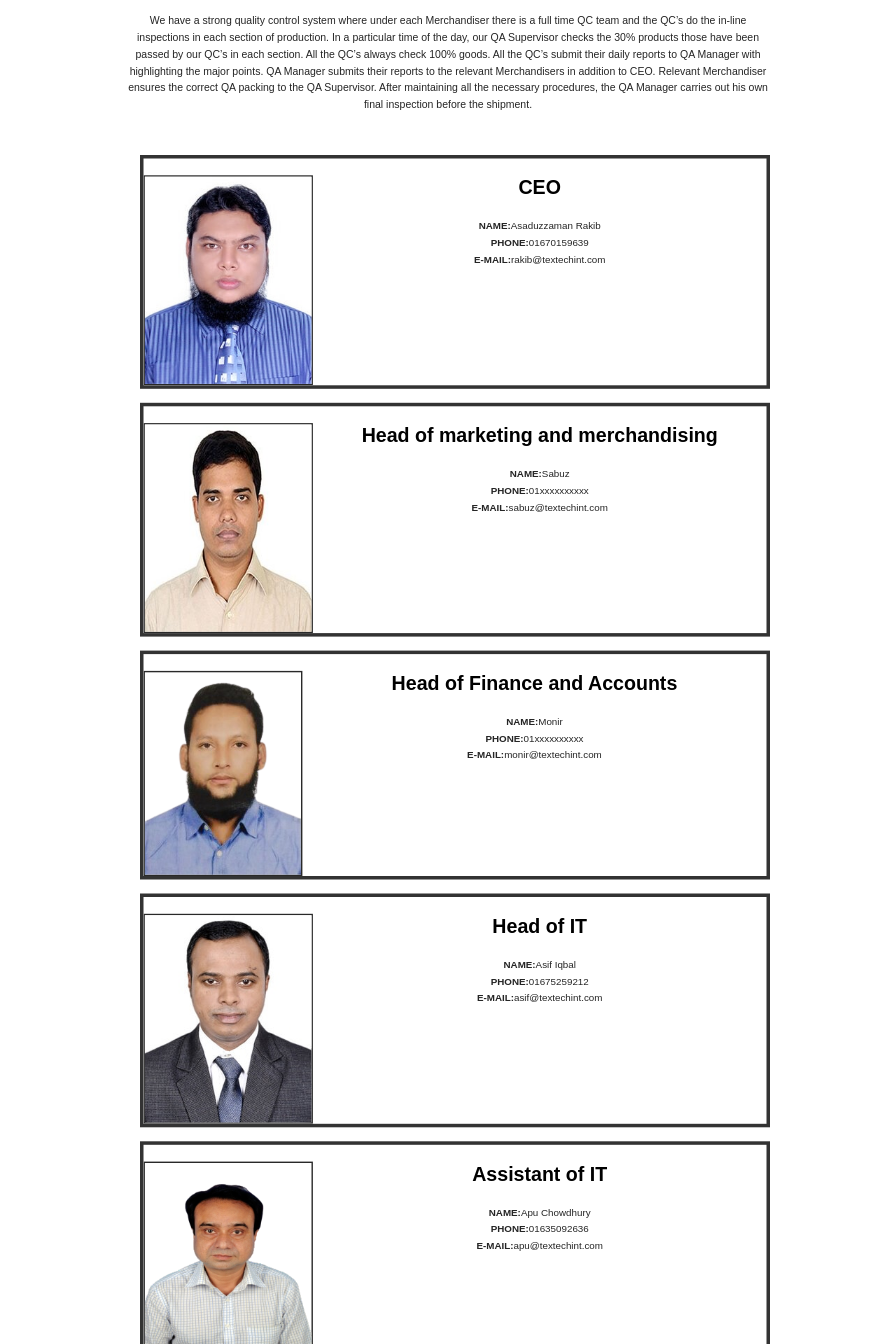
Repository: asifdotpy/textechint
Page: index.html
These files come from the project's save history. The page is drawn as it stood at one moment and after the next save; the edit follows.
The browser window is 1280 px wide. The pictures show the part of the page from y = 1249 to 3169 px (the page is 3379 px tall before and 3359 px after), at 70% of full size.

Above is the page before, as saved 2021-02-23 01:37:27.

### index.html
<!doctype html>
<html>
<head>
	<meta charset="UTF-8">
	<meta name="viewport" content="width=device-width, initial-scale=1.0">
	<title>Tex Tech International</title>
	<link rel="stylesheet" type="text/css" href="css/style.css">
	<link rel="stylesheet" type="text/css" href="css/mobile.css" media="screen and (max-width : 568px)">
	<script type="text/javascript" src="js/mobile.js"></script>
</head>
<body>
	<div id="header">
		<ul id="navigation">
			<li class="selected">
				<a href="index.html">our company</a>
			</li>
			<li>
				<a href="gallery.html">Our Products and services
				</a>
			</li>
			<li>
				<a href="about.html">career opportunity</a>
			</li>
			<li>
				<a href="blog.html">faq</a>
			</li>
			<li>
				<a href="contact.html">contact us</a>
			</li>
		</ul>
	</div>
	<div id="body">
		<div id="featured">
			<img src="images/featured.jpg" alt="">
		</div>
		<div class='intro'>
			<h1>About us</h1>
			<div class="main">
			<p><strong style="color: red;">Tex Tech International</strong> is working as a Buying & Trading house in the field of RMG, Home Textile, Leather Products, Handicraft Items & other Consumers’ Products in Bangladesh. Our major concern is to play our role as a buying house of our customers. One of our primary responsibilities as a buying house is to assure that the product purchased and released for shipment conforms to be customer’s requirements.</p>
			<p>Our goal is to provide our clients with high-quality products that meet their quality expectations.
				<strong style="color: red;">Tex Tech International</strong> employs Quality Assurance staff to assist in the selection of manufacturers who manufacture products according to Standards set by our policy, principles, and guidelines.</p>
			<p><strong style="color: red;">Tex Tech International</strong> is a leading Buyer’s agent / representative and garments exporter in Bangladesh. We have our own sourcing office in China, Italy, Netherlands, Canada & Australia.</p>
			<p>We have 100+ associated factories from where we can assure quality and final products. All the associated factories are fully compliance having certificates of ACCORD, ALLIANCE, BSCI, SEDEX, WRAP, OEKO-TEX, GOTS, OCS, GRS, RCS etc. We have a strong CSR team who follow up on all the different types of compliance requirement which are set by the buyer.</p>
			<p>We have a very strong Merchandising Team who keep contact and support the clients on the daily basis in order to keep a healthy relationship. Our QC teams is ready to ensure product quality as per customer demands. Our QA team inspect the goods on a third-party base and on AQL of customers.</p>
			<p>We have a strong quality control system where under each Merchandiser there is a full time QC team and the QC’s do the in-line inspections in each section of production. In a particular time of the day, our QA Supervisor checks the 30% products those have been passed by our QC’s in each section. All the QC’s always check 100% goods. All the QC’s submit their daily reports to QA Manager with highlighting the major points. QA Manager submits their reports to the relevant Merchandisers in addition to CEO. Relevant Merchandiser ensures the correct QA packing to the QA Supervisor. After maintaining all the necessary procedures, the QA Manager carries out his own final inspection before the shipment.</p>
			</p>
			</div>

		</div>

		<div class='heroes'>
		<ul>
			<div class="post-container">
				<div class="post-thumb"><img src="images/rakib.jpg" /></div>
				<div class="post-content">
					<h3 class="post-title">CEO</h3>
					<p><b>NAME:</b>Asaduzzaman Rakib</p>
					<p><b>PHONE:</b>01670159639</p>
					<p><b>E-MAIL:</b>rakib@textechint.com</p>
			   </div>
			</div>
			<div class="post-container">
				<div class="post-thumb"><img src="images/sabuz.jpg" /></div>
				<div class="post-content">
					<h3 class="post-title">Head of marketing and merchandising</h3>
					<p><b>NAME:</b>Sabuz</p>
					<p><b>PHONE:</b>01xxxxxxxxxx</p>
					<p><b>E-MAIL:</b>sabuz@textechint.com</p>
			   </div>
			</div>
			<div class="post-container">
				<div class="post-thumb"><img src="images/monir.jpg" /></div>
				<div class="post-content">
					<h3 class="post-title">Head of Finance and Accounts</h3>
					<p><b>NAME:</b>Monir</p>
					<p><b>PHONE:</b>01xxxxxxxxxx</p>
					<p><b>E-MAIL:</b>monir@textechint.com</p>
			   </div>
			</div>
			<div class="post-container">
				<div class="post-thumb"><img src="images/asif.jpg" /></div>
				<div class="post-content">
					<h3 class="post-title">Head of IT</h3>
					<p><b>NAME:</b>Asif Iqbal</p>
					<p><b>PHONE:</b>01675259212</p>
					<p><b>E-MAIL:</b>asif@textechint.com</p>
			   </div>
			</div>
			<div class="post-container">
				<div class="post-thumb"><img src="images/apu.jpg" /></div>
				<div class="post-content">
					<h3 class="post-title">Assistant of IT</h3>
					<p><b>NAME:</b>Apu Chowdhury</p>
					<p><b>PHONE:</b>01635092636</p>
					<p><b>E-MAIL:</b>apu@textechint.com</p>
			   </div>
			</div>
		</ul>
		</div>
	</div>
	<div id="footer">
		<div>
			<p>&copy; Created by Asif and Apu. All rights reserved.</p>
			<ul>
				<li>
					<a href="http://freewebsitetemplates.com/go/twitter/" id="linkedin">linkedin</a>
				</li>
				<li>
					<a href="https://www.facebook.com/textechint" target="_blank" id="facebook">facebook</a>
			</ul>
		</div>
	</div>
</body>
</html>

### css/style.css
@font-face {
	font-family: 'poller_oneregular';
	src: url('../fonts/pollerone/pollerone-webfont.eot');
	src: url('../fonts/pollerone/pollerone-webfont.eot?#iefix') format('embedded-opentype'),
		 url('../fonts/pollerone/pollerone-webfont.woff') format('woff'),
		 url('../fonts/pollerone/pollerone-webfont.ttf') format('truetype'),
		 url('../fonts/pollerone/pollerone-webfont.svg#poller_oneregular') format('svg');
}
@font-face {
	font-family: 'leckerli_oneregular';
	src: url('../fonts/leckerlione/leckerlione-regular-webfont.eot');
	src: url('../fonts/leckerlione/leckerlione-regular-webfont.eot?#iefix') format('embedded-opentype'),
		 url('../fonts/leckerlione/leckerlione-regular-webfont.woff') format('woff'),
		 url('../fonts/leckerlione/leckerlione-regular-webfont.ttf') format('truetype'),
		 url('../fonts/leckerlione/leckerlione-regular-webfont.svg#leckerli_oneregular') format('svg');
}

body {
	background: #fff;
	font-family: Arial, Helvetica, sans-serif;
	font-size: 14px;
	font-weight: normal;
	line-height: 1;
	margin: 0;
	min-width: 960px;
	padding: 0;
}
p {
	color: #252525;
	line-height: 24px;
	margin: 0;
	padding: 0;
}
p a {
	color: #252525;
	text-decoration: underline;
}
p a:hover {
	color: #898989;
}
#header {
	margin: 0 auto;
	padding: 4px 0 50px;
	text-align: center;
	width: 960px;
}
#header a.logo {
	display: block;
	margin: 0 auto;
	padding: 0;
	width: 340px;
}
#header a.logo img {
	border: 0;
	display: block;
	margin: 0;
	padding: 0;
}
#header ul {
	margin: 0;
	padding: 25px 0 0;
}
#header ul li {
	display: inline;
	list-style: none;
	margin: 0;
	padding: 0 19px;
}
#header ul li a {
	color: #252525;
	display: inline-block;
	font-family: "Arial Black", Gadget, sans-serif;
	font-size: 14px;
	font-weight: normal;
	margin: 0;
	padding: 0 0 3px;
	text-decoration: none;
	text-transform: uppercase;
}
#header ul li a:hover, #header ul li.selected a {
	color: #0ba39c;
}
#body {
	margin: 0;
	padding: 0 0 30px;
	text-align: center;
}
#body h1 {
	color: #fff;
	display: inline;
	font-family: poller_oneregular;
	font-size: 35px;
	font-weight: normal;
	margin: 0;
	padding: 0;
	text-transform: uppercase;
}
#body h1 span {
	background: #252525;
	display: inline-block;
	padding: 15px 28px 12px;
}
#body > div {
	margin: 0 auto;
	padding: 0;
	width: 960px;
}
#body > div img {
	border: 2px solid #292929;
	margin: 24px 0 0;
	padding: 0;
}
#body > div .article {
	margin: 0 auto;
	padding: 30px 30px 0;
	width: 560px;
}
#body > div .article h2 {
	font-family: "Arial Black", Gadget, sans-serif;
	font-size: 25px;
	font-weight: normal;
	margin: 0 0 30px;
}
#body > div .article h3 {
	color: #252525;
	line-height: 24px;
	margin: 0;
	padding: 0;
}
#body > div .article h4 {
	background: #252525;
	color: #fff;
	display: inline-block;
	font-family: "Arial Black", Gadget, sans-serif;
	font-size: 25px;
	font-weight: normal;
	margin: 0 0 30px;
	padding: 8px 27px 10px;
}
#body > div .article p {
	margin: 0 0 30px;
}
#body div div ul {
	margin: 0;
	padding: 24px 10px 0;
	width: 940px;
	list-style-type: none;
}
#body div div ul li {
	border: 2px solid #1a1a1a;
	display: block;
	list-style: none;
	margin: 0 0 13px;
	overflow: hidden;
	padding: 0;
}
#body div ul li .figure {
	border-right: 2px solid #1a1a1a;
	float: left;
	margin: 0;
	padding: 0;
	width: 376px;
}
#body div ul li img {
	border: 0;
	display: block;
	margin: 0;
	padding: 0;
	opacity: 0.8;
	transition: 0.5s ease-in-out;
}
#body div ul li .figure:hover img {
	opacity: 1;
}
#body div ul li div {
	float: left;
	margin: 0;
	padding: 63px 0 20px;
	width: 558px;
}
#body div ul li div h3 {
	color: #252525;
	font-family: "Arial Black", Gadget, sans-serif;
	font-size: 25px;
	font-weight: normal;
	margin: 0;
	padding: 0;
	text-transform: uppercase;
}
#body div ul li div p {
	padding: 30px 30px 18px;
}
#body div ul li div a.more {
	background: #000;
	color: #fff;
	display: inline-block;
	font-family: "Arial Black", Gadget, sans-serif;
	font-size: 18px;
	font-weight: normal;
	margin: 0;
	padding: 8px 28px;
	text-decoration: none;
	text-transform: uppercase;
}
#body div ul li div a.more:hover {
	color: #252525;
	background: #fff;
	border: 2px solid #252525;
}
#body #featured {
	margin: 0 0 13px;
	padding: 0;
	position: relative;
	width: 100%;
}
#body #featured img {
	border: 0;
	display: block;
	margin: 0;
	padding: 0;
	width: 100%;
	height: auto;
}
#body #featured div {
	left: 50%;
	margin-left: -480px;
	margin-top: -171px;
	padding: 0 0 0 470px;
	position: absolute;
	top: 50%;
	text-align: left;
	width: 490px;
}
#body #featured div h2 {
	background: #fff;
	color: #000;
	display: inline-block;
	font-family: poller_oneregular;
	font-size: 20px;
	font-weight: normal;
	margin: 0 0 18px;
	padding: 23px 27px 20px;
	text-transform: uppercase;
}
#body #featured div span {
	background: #252525;
	color: #fff;
	display: inline-block;
	font-size: 20px;
	margin: 7px 0;
	padding: 12px 27px;
}
#body #featured div a {
	background: #0ba39c;
	color: #fff;
	display: inline-block;
	font-size: 16px;
	margin: 15px 0 0;
	padding: 26px 27px 22px;
	text-align: center;
	text-decoration: none;
	text-transform: uppercase;
}
#body #featured div a:hover {
	background: #1fc3bc;
}
#body > ul {
	margin: 0 auto;
	overflow: hidden;
	padding: 24px 0 0;
	width: 960px;
}
#body > ul li {
	display: block;
	float: left;
	margin: 0 10px 20px;
	padding: 0;
	width: 300px;
}
#body > ul li a {
	color: #000;
	display: block;
	font-family: poller_oneregular;
	font-size: 20px;
	font-weight: normal;
	margin: 0;
	padding: 0;
	text-align: center;
	text-decoration: none;
	text-transform: uppercase;
}
#body > ul li a img {
	border: 2px solid #1a1a1a;
	display: block;
	margin: 0;
	padding: 0;
	opacity: .8;
	transition: 0.5s ease-in-out;
}
#body > ul li a:hover img {
	opacity: 1;
}
#body > ul li a span {
	display: block;
	margin: 0;
	padding: 33px 0 0;
}
#body form {
	margin: 0 auto;
	padding: 24px 0 0;
	width: 620px;
}
#body form input, #body form textarea {
	border: 2px solid #252525;
	color: #252525;
	font-family: Arial, Helvetica, sans-serif;
	font-size: 15px;
	font-weight: normal;
	margin: 0 0 37px;
	padding: 20px 10px;
	text-align: center;
	text-transform: uppercase;
	width: 596px;
}
#body form textarea {
	height: 175px;
	overflow: auto;
	resize: none;
}
#body form #send {
	background: #252525;
	color: #fff;
	font-family: "Arial Black", Gadget, sans-serif;
	font-size: 15px;
	font-weight: normal;
	display: inline-block;
	padding: 20px 28px;
	width: auto;
}
#body form #send:hover {
	background: #fff;
	color: #252525;
	cursor: pointer;
}
#footer {
	background: #252525;
	margin: 0;
	padding: 36px 0 42px;
}
#footer div {
	margin: 0 auto;
	overflow: hidden;
	padding: 0;
	width: 960px;
}
#footer div p {
	color: #fff;
	float: left;
	line-height: 44px;
	margin: 0 0 0 10px;
	padding: 0;
}
#footer div ul {
	display: block;
	float: right;
	margin: 0;
	overflow: hidden;
	padding: 0;
	width: 256px;
}
#footer div ul li {
	display: block;
	float: left;
	list-style: none;
	margin: 0 10px;
	padding: 0;
	width: 44px;
}
#footer div ul li a {
	background: url(../images/icons.jpg) no-repeat 0 0;
	display: block;
	height: 44px;
	margin: 0;
	padding: 0;
	text-indent: -99999px;
	width: 44px;
}
#footer div ul li #linkedin {
	background-position: 0 0;
}
#footer div ul li #linkedin:hover {
	background-position: -44px 0;
}
#footer div ul li #facebook {
	background-position: 0 -44px;
}
#footer div ul li #facebook:hover {
	background-position: -44px -44px;
}

div .intro h1 {
	margin: 0px 50px;
	padding: 0px 50px;
	background-color: #0ba39c;
	text-decoration: #1a1a1a;
}

div .intro p {
	margin: 10px;
	padding: 10px;
}

div .main {
	font-size: 15px;
}



.post-container {
    margin: 20px 20px 0 0;
    border: 5px solid #333;
    overflow: auto
}
.post-thumb {
    float: left;
	border: 0 auto;
}
.post-thumb img {
    display: block;
	border: 0 auto;
}
.post-content {
    margin-left: 210px
}
.post-title {
    font-weight: bold;
    font-size: 200%
}

### js/mobile.js
window.onload = function(){
	var getNavi = document.getElementById('navigation');

	var mobile = document.createElement("span");
	mobile.setAttribute("id","mobile-navigation");
	getNavi.parentNode.insertBefore(mobile,getNavi);

	document.getElementById('mobile-navigation').onclick = function(){
		var a = getNavi.getAttribute('style');
		if(a){
			getNavi.removeAttribute('style');
			document.getElementById('mobile-navigation').style.backgroundImage='url(images/mobile-menu.png)';
		} else {
			getNavi.style.display='block';
			document.getElementById('mobile-navigation').style.backgroundImage='url(images/mobile-close.png)';
		}
	};
	var getElm = getNavi.getElementsByTagName("LI");
	for(var i=0;i<getElm.length;i++){
		if(getElm[i].children.length>1){
			var smenu = document.createElement("span");
			smenu.setAttribute("class","mobile-submenu");
			smenu.setAttribute("OnClick","submenu("+i+")");
			getElm[i].appendChild(smenu);
		};
	};
	submenu = function (i){
		var sub = getElm[i].children[1];
		var b = sub.getAttribute('style');
		if(b){
			sub.removeAttribute('style');
			getElm[i].lastChild.style.backgroundImage='url(images/mobile-expand.png)';
			getElm[i].lastChild.style.backgroundColor='rgba(11, 163, 156, 0.7)';
		} else {
			sub.style.display='block';
			getElm[i].lastChild.style.backgroundImage='url(images/mobile-collapse.png)';
			getElm[i].lastChild.style.backgroundColor='rgba(0,0,0,0.8)';
		}
	};
};

### css/mobile.css
body {
	min-width: 0;
}
#header {
	padding: 20px 0;
	position: relative;
	width: 100%;
}
#header a.logo {
	width: 80%;
}
#header a.logo img {
	width: 100%;
}
#mobile-navigation {
	background: url(../images/mobile-menu.png) no-repeat 0 0;
	display: block;
	height: 50px;
	margin: 30px auto 0;
	padding: 0;
	width: 50px;
}
#header ul {
	border: 1px solid #fff;
	display: none;
	left: 50%;
	margin-left: -45%;
	padding: 0;
	position: absolute;
	width: 90%;
	z-index: 1001;
}
#header ul li {
	border-top: 1px solid #fff;
	display: block;
	margin: 0;
	padding: 0;
	position: relative;
}
#header > ul > li:first-child {
	border: 0;
}
#header ul li a {
	background: rgba(11, 163, 156, 0.9);
	color: #fff;
	display: block;
	font-family: Arial, Helvetica, sans-serif;
	font-size: 16px;
	font-weight: normal;
	height: 49px;
	line-height: 49px;
	padding: 0 15px;
	text-align: left;
}
#header ul li a:hover, #header ul li.selected a {
	background: rgba(0, 0, 0, 0.9);
	color: #fff;
}
#header ul ul {
	display: none;
	border: 0;
	height: auto;
	left: 0;
	margin: 0;
	position: relative;
	width: 100%;
}
#header ul ul li a {
	text-indent: 15px;
}
#header ul li span {
	background: rgba(11, 163, 156, 0.9) url(../images/mobile-expand.png) no-repeat 0 0;
	border-left: 1px solid #fff;
	display: block;
	height: 49px;
	position: absolute;
	right: 0;
	top: 0;
	width: 50px;
}
#body {
	width: 100%;
}
#body h1 {
	display: block;
	font-size: 20px;
	margin: 0 auto;
	width: 90%;
}
#body h1 span {
	display: block;
	padding: 3%;
	width: 94%;
}
#body > div {
	padding: 0 5%;
	width: 90%;
}
#body > div img {
	margin: 24px 0 30px;
	width: 98%
}
#body > div .article {
	padding: 0;
	width: 100%;
}
#body > div .article h2, #body > div .article h4 {
	font-size: 18px;
	font-weight: bold;
}
#body #featured {
	overflow: hidden;
	margin: 0 0 20px
}
#body #featured img {
	min-width: 960px;
}
#body #featured div {
	left: 0;
	margin: 0;
	padding: 0 2%;
	position: absolute;
	top: 0;
	text-align: left;
	width: 96%;
}
#body #featured div h2 {
	font-size: 14px;
	font-weight: normal;
	margin: 50px 0 10px;
	padding: 8px 5px;
}
#body #featured div span {
	display: block;
	font-size: 14px;
	margin: 10px 0;
	padding: 10px;
}
#body #featured div a {
	font-size: 14px;
	margin: 5px 0 0;
	padding: 10px;
}
#body > ul {
	overflow: visible;
	padding: 0 5%;
	width: 90%;
}
#body ul.gallery {
	padding: 5% 0;
	overflow: hidden;
	width: 100%;
}
#body > ul li {
	float: none;
	margin: 0;
	width: 100%;
}
#body ul.gallery li {
	float: left;
	margin: 0 0 5% 5%;
	width: 42%;
}
#body > ul li a img {
	width: 98%;
}
#body > ul li a span {
	padding: 15px 0;
}
#body div ul {
	margin: 0;
	padding: 20px 0 0;
	width: 100%;
}
#body div ul li {
	overflow: visible;
	padding: 0 0 20px;
	width: 99%;
}
#body div ul li .figure {
	border: 0;
	display: block;
	float: none;
	margin: 0 0 20px;
	width: 100%;
}
#body div ul li .figure img {
	width: 100%;
}
#body div ul li div {
	float: none;
	padding: 0;
	width: 100%;
}
#body div ul li div a.more:hover {
	height: 14px;
	line-height: 14px;
}
#body form {
	width: 100%;
}
#body form input, #body form textarea {
	margin: 0 0 20px;
	padding: 10px;
	width: 84%;
}
#body form #send {
	padding: 10px;
}
#footer {
	padding: 10px 0 25px;
}
#footer div {
	overflow: visible;
	width: 100%;
}
#footer div p {
	float: none;
	margin: 0;
	text-align: center;
}
#footer div ul {
	float: none;
	margin: 0 auto;
	width: 256px;
}

After the next save:
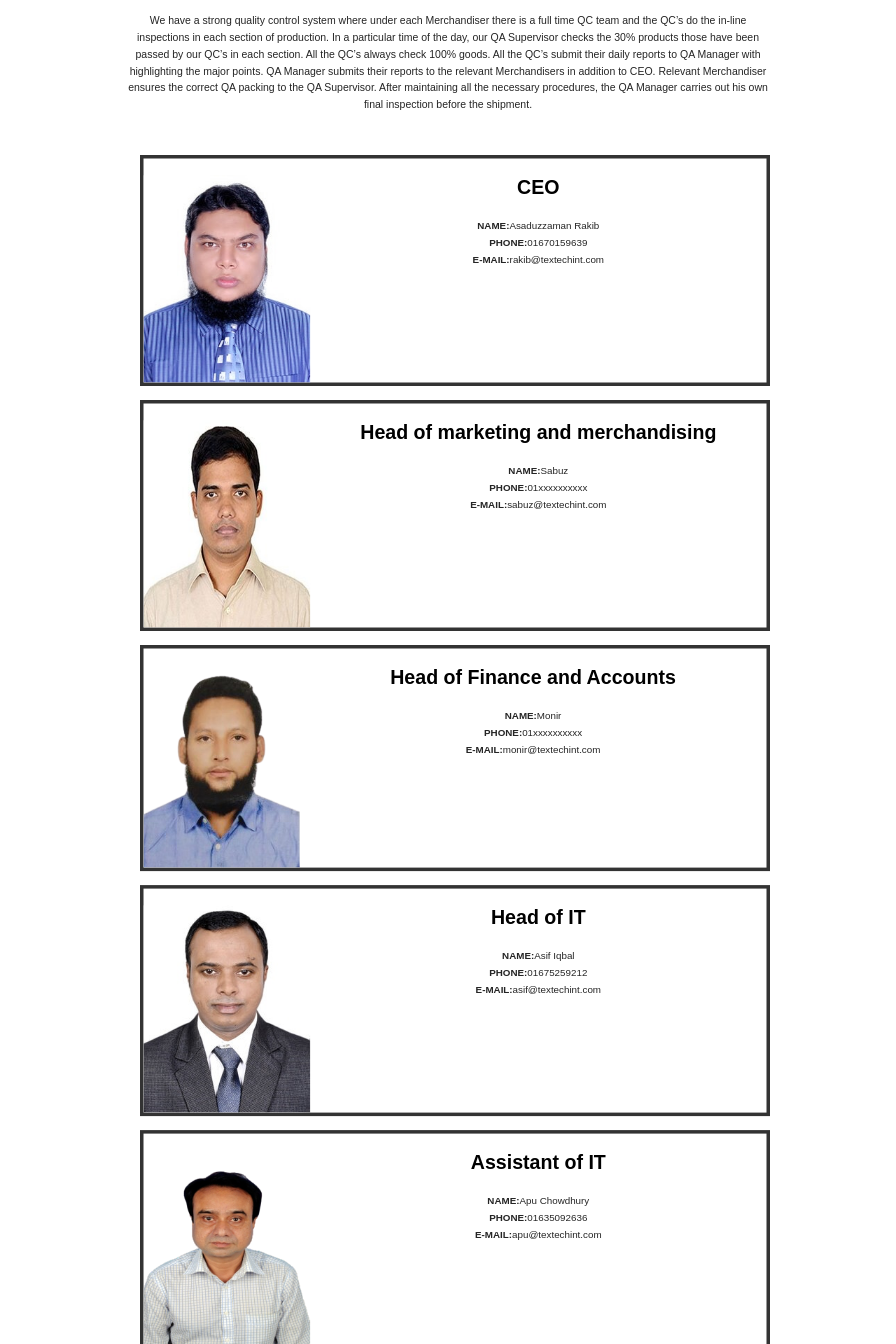
Saved 57 s later.
--- a/css/style.css
+++ b/css/style.css
@@ -106,7 +106,7 @@ p a:hover {
 	width: 960px;
 }
 #body > div img {
-	border: 2px solid #292929;
+	border: ;
 	margin: 24px 0 0;
 	padding: 0;
 }
